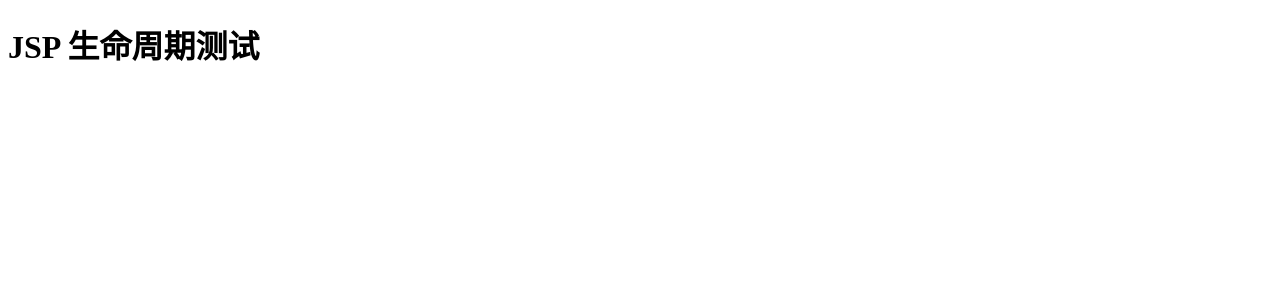
Repository: SiberiaDante/JavaStudyLittleDemo
Page: http://localhost/JSPDemo/JspLifeCycle.jsp
The author's editor kept a copy of each file at every save. The page is drawn from the files as they stood at one save, then again after the next save.
The browser window is 1280 px wide. The pictures show the whole page.
The page is served by Tomcat 9.

Above is the page before, as saved 2018-11-01 05:48:14.

After the next save:
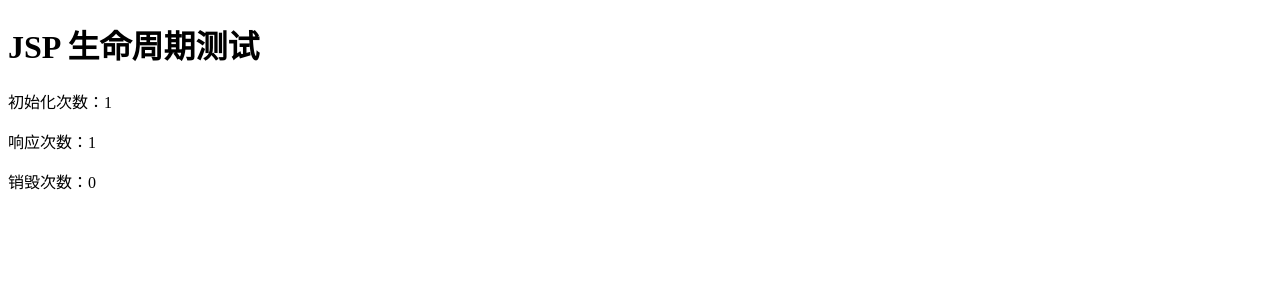
Saved 42 s later.
--- a/JSPDemo/WebContent/JspLifeCycle.jsp
+++ b/JSPDemo/WebContent/JspLifeCycle.jsp
@@ -30,6 +30,8 @@
 	%>
 
 	<h1>JSP 生命周期测试</h1>
-
+	<p><%=contentInit%></p>
+	<p><%=contentService%></p>
+	<p><%=contentDestory%></p>
 </body>
 </html>
